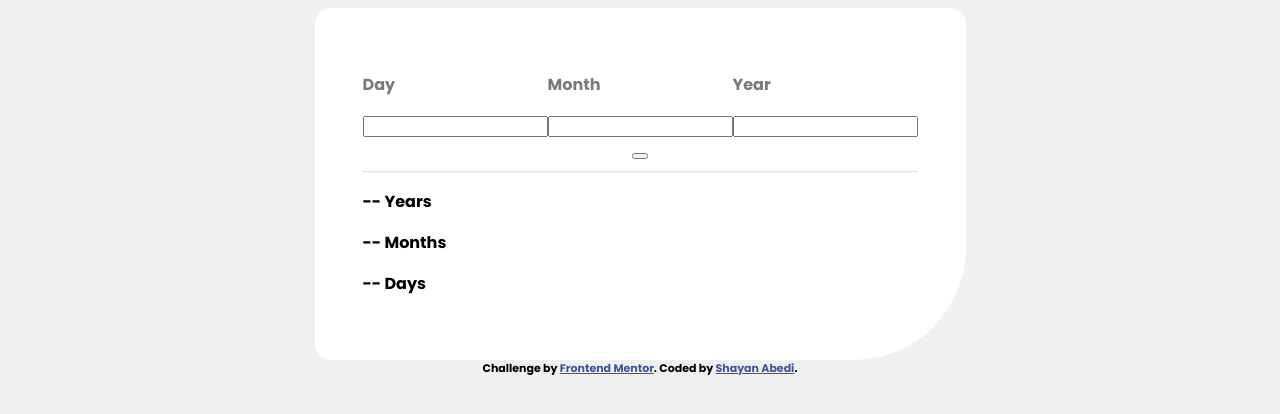
Repository: shayanabedi98/age-calculator
Page: index.html
An editor plug-in stored every save of this project. The page is shown before and after the next save, followed by the edit.
The browser window is 1280 px wide. The pictures show the whole page.

Above is the page before, as saved 2023-09-18 19:23:08.

After the next save:
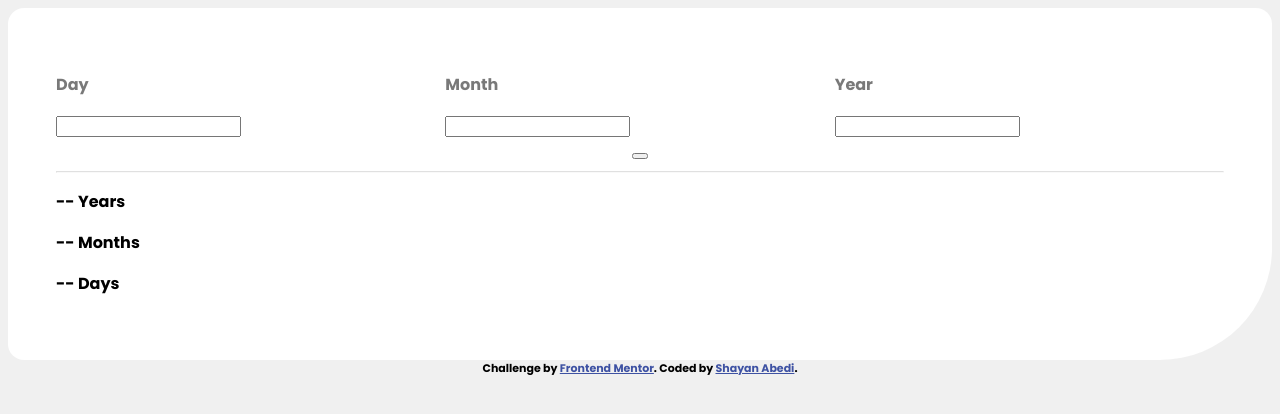
Saved 3 min 20 s later.
--- a/styles.css
+++ b/styles.css
@@ -8,8 +8,6 @@
 body {
     font-family: 'Poppins-Bold', sans-serif;
     background-color: rgba(240,240,240,255);
-    display: grid;
-    justify-content: center;
 }
 
 .grid-container {
